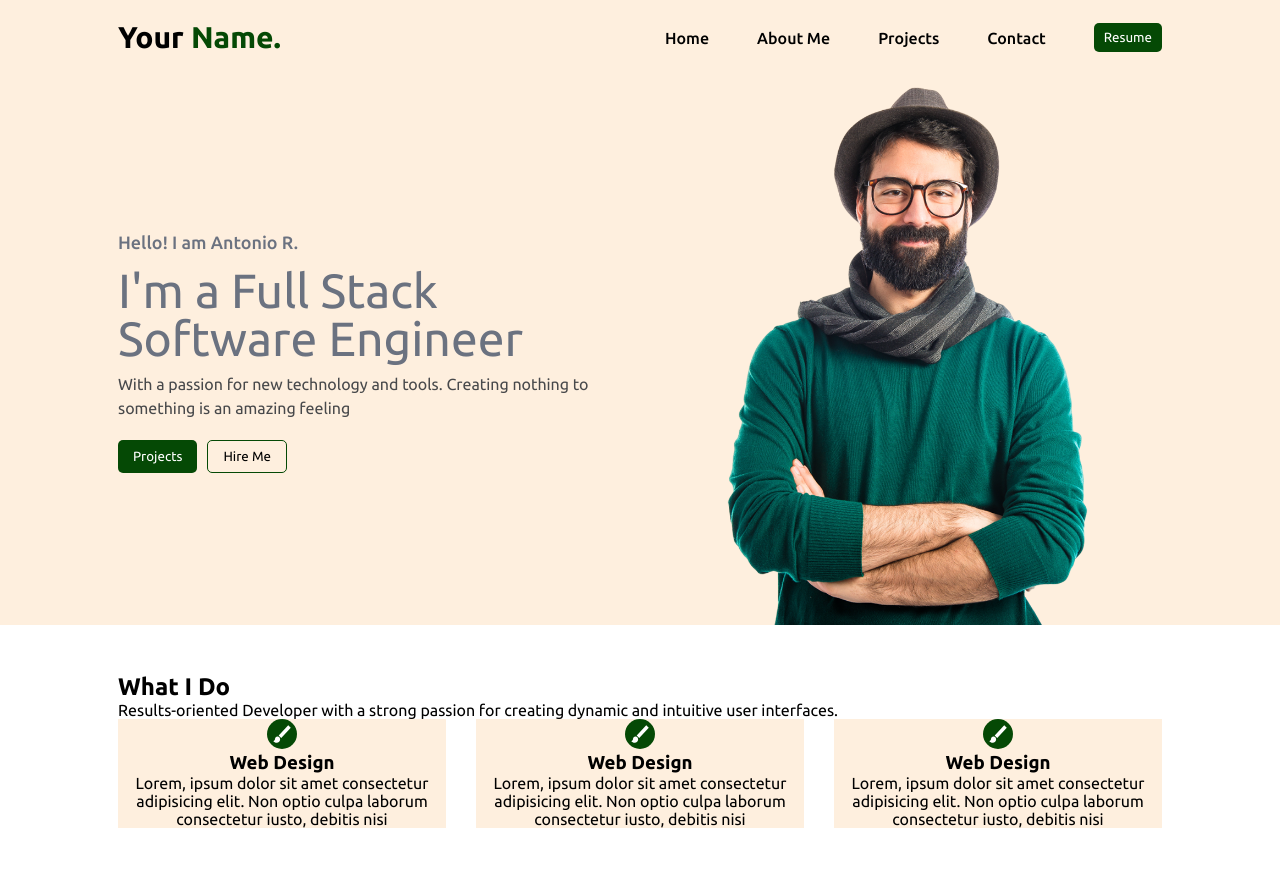
Repository: DevAntonioRogers/vanilla-portfolio
Page: index.html
An editor plug-in stored every save of this project. The page is shown before and after the next save, followed by the edit.
The browser window is 1280 px wide. The pictures show the whole page.

Above is the page before, as saved 2023-07-14 22:51:10.

### index.html
<!DOCTYPE html>
<html lang="en">
  <head>
    <meta charset="UTF-8" />
    <meta name="viewport" content="width=device-width, initial-scale=1.0" />
    <link rel="stylesheet" href="style.css" />
    <script type="module" src="https://unpkg.com/ionicons@7.1.0/dist/ionicons/ionicons.esm.js"></script>
    <script nomodule src="https://unpkg.com/ionicons@7.1.0/dist/ionicons/ionicons.js"></script>
    <title>Antonio Rogers</title>
  </head>
  <body>
    <nav>
      <div class="container navbar">
        <a href="/" aria-label="Home">
          <h1>Your <span>Name.</span></h1></a
        >
        <ul>
          <li>
            <a href="/" aria-label="Home">Home</a>
          </li>
          <li>
            <a href="/" aria-label="About Me">About Me</a>
          </li>
          <li>
            <a href="/" aria-label="Projects">Projects</a>
          </li>
          <li>
            <a href="/" aria-label="Contact">Contact</a>
          </li>
          <li>
            <a href="/resume.pdf" download aria-label="Download Resume">
              <button class="navbar-button">Resume</button>
            </a>
          </li>
        </ul>
      </div>
    </nav>

    <section class="hero">
      <div class="container hero-container">
        <div class="hero-info">
          <h4>Hello! I am Antonio R.</h4>
          <h1>I'm a Full Stack Software Engineer</h1>
          <p>With a passion for new technology and tools. Creating nothing to something is an amazing feeling</p>

          <div class="hero-btn-container">
            <button>Projects</button>
            <button>Hire Me</button>
          </div>
        </div>

        <div class="hero-image-container">
          <img src="hero.png" alt="" />
        </div>
      </div>
    </section>

    <section class="skills">
      <div class="container skills-container">
        <div class="skills-heading">
          <h2>What I Do</h2>
          <p>
            Results-oriented Developer with a strong passion for creating dynamic and
            <span>intuitive user interfaces</span>.
          </p>
        </div>

        <div class="skills-boxes">
          <div class="skill-box">
            <ion-icon name="brush-sharp"></ion-icon>
            <h3>Web Design</h3>
            <p>
              Lorem, ipsum dolor sit amet consectetur adipisicing elit. Non optio culpa laborum consectetur iusto,
              debitis nisi
            </p>
          </div>
          <div class="skill-box">
            <ion-icon name="brush-sharp"></ion-icon>
            <h3>Web Design</h3>
            <p>
              Lorem, ipsum dolor sit amet consectetur adipisicing elit. Non optio culpa laborum consectetur iusto,
              debitis nisi
            </p>
          </div>
          <div class="skill-box">
            <ion-icon name="brush-sharp"></ion-icon>
            <h3>Web Design</h3>
            <p>
              Lorem, ipsum dolor sit amet consectetur adipisicing elit. Non optio culpa laborum consectetur iusto,
              debitis nisi
            </p>
          </div>
        </div>
      </div>
    </section>
  </body>
</html>

### style.css
@import url("https://fonts.googleapis.com/css2?family=Ubuntu:wght@300;400;500;700&display=swap");

* {
  box-sizing: border-box;
  padding: 0;
  margin: 0;
  font-family: "Ubuntu", sans-serif;
}

a {
  text-decoration: none;
  color: inherit;
}

li {
  list-style: none;
}

.container {
  width: 89%;
  margin: auto;
  max-width: 1044px;
}

ion-icon {
  background-color: rgb(5, 73, 5);
  padding: 5px;
  font-size: 20px;
  color: white;
  border-radius: 50px;
}

/* NAVBAR STYLING */

nav {
  background: #feefde;
  padding: 20px 0;
}

.navbar {
  display: flex;
  justify-content: space-between;
  align-items: center;
}

.navbar h1 {
  font-size: 30px;
  font-weight: 700;
}

.navbar span {
  color: rgb(5, 73, 5);
}

.navbar ul {
  display: flex;
  align-items: center;
  gap: 3rem;
}

.navbar ul li {
  font-weight: 500;
}

.navbar-button {
  background-color: rgb(5, 73, 5);
  padding: 7px 10px;
  border-radius: 5px;
  color: white;
  border: none;
}

/* HERO STYLES */

.hero {
  background-color: #feefde;
}

.hero-container {
  display: grid;
  grid-template-columns: repeat(2, minmax(0, 1fr));
  align-items: center;
  gap: 1.5rem;
}

.hero-image-container {
  display: flex;
  justify-content: center;
  align-items: center;
}

.hero-info h4 {
  font-size: 1.12rem;
  line-height: 1.75rem;
  color: #6b7280;
  font-weight: 500;
  margin-bottom: 10px;
}

.hero-info h1 {
  font-size: 3rem;
  line-height: 1;
  color: #6b7280;
  font-weight: 400;
  margin-bottom: 10px;
}

.hero-info p {
  font-size: 1rem;
  line-height: 1.5rem;
  font-weight: 400;
  color: #48494b;
}

.hero-btn-container {
  margin-top: 20px;
  display: flex;
  gap: 10px;
}
.hero-btn-container button:nth-child(1) {
  background-color: rgb(5, 73, 5);
  color: white;
  border: none;
  padding: 8px 15px;
  border-radius: 5px;
}

.hero-btn-container button:nth-child(2) {
  background-color: transparent;
  padding: 8px 15px;
  border-radius: 5px;
  border: solid 1px rgb(5, 73, 5);
}

.hero-container img {
  height: 550px;
  position: relative;
}

/* Skills Styles */

.skills {
  padding: 3rem 0;
}

.skills-boxes {
  display: grid;
  grid-template-columns: repeat(3, minmax(0, 1fr));
  gap: 30px;
  text-align: center;
}

.skill-box {
  background-color: #feefde;
}

After the next save:
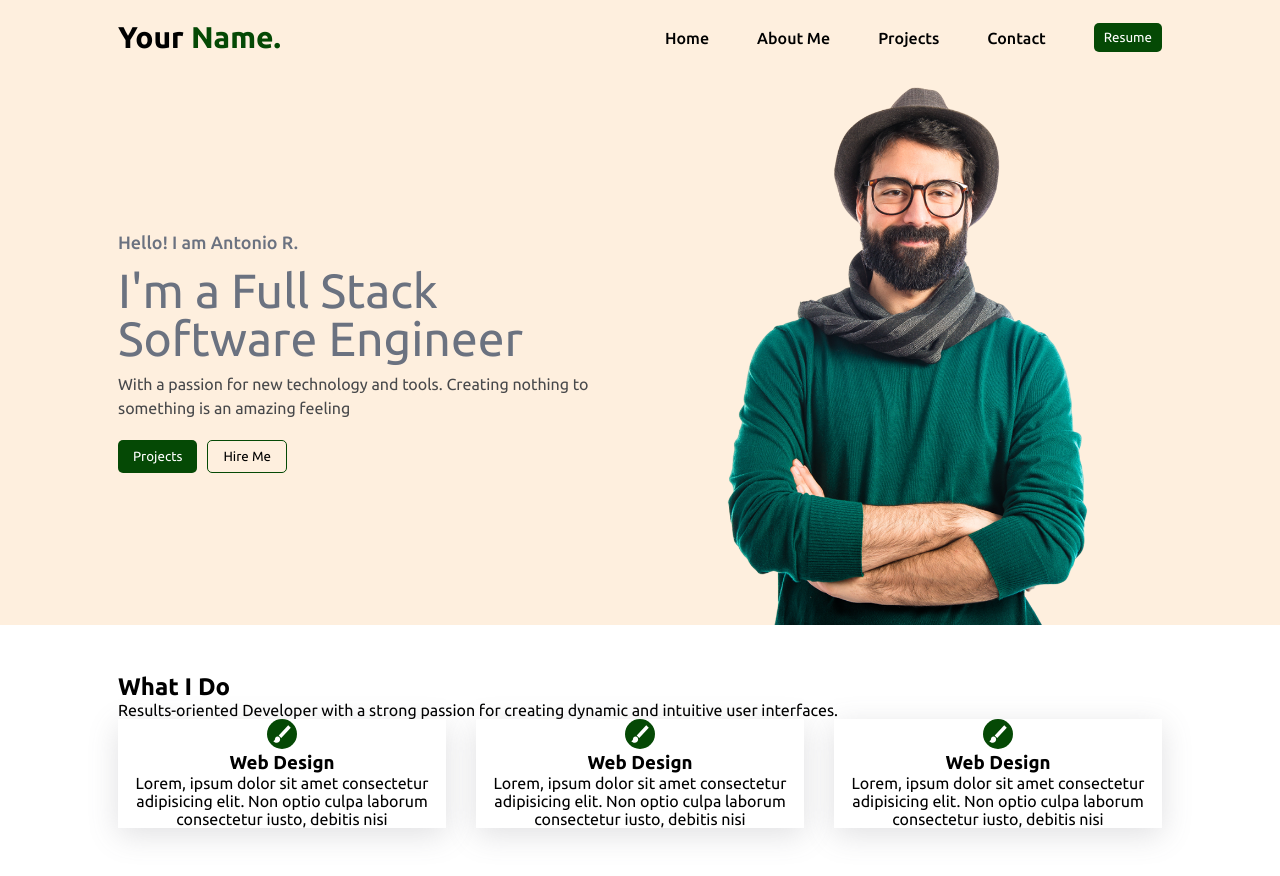
Saved 94 s later.
--- a/style.css
+++ b/style.css
@@ -151,5 +151,5 @@ nav {
 }
 
 .skill-box {
-  background-color: #feefde;
+  box-shadow: rgba(100, 100, 111, 0.2) 0px 7px 29px 0px;
 }
